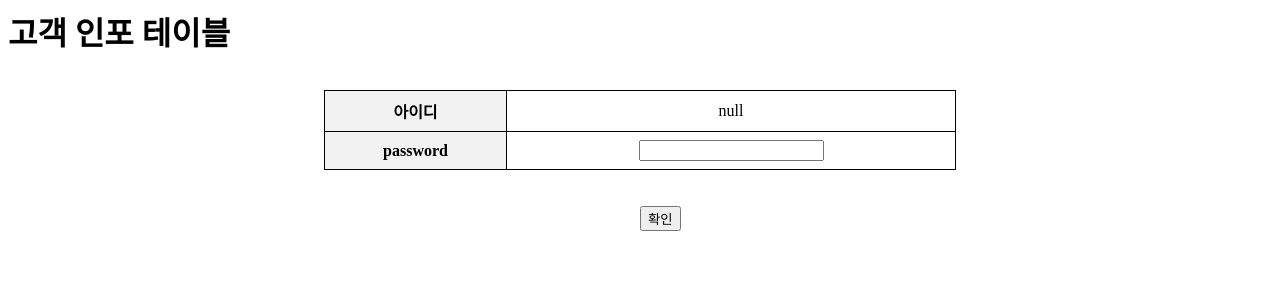
Repository: 2JISUN/hta-lecture-basic
Page: http://localhost/jsp03/info.jsp
An editor plug-in stored every save of this project. The page is shown before and after a run of saves, followed by the edit.
The browser window is 1280 px wide. The pictures show the whole page.
The page is served by Tomcat 10. Other server files are loaded and not shown. Queries for data that is not in the repository find no rows.

Above is the page before, as saved 2023-09-15 06:42:50.

### jsp-lecture/jsp03/src/main/webapp/info.jsp
<%@page import="java.sql.ResultSet"%>
<%@page import="java.sql.PreparedStatement"%>
<%@page import="java.sql.Connection"%>
<%@page import="java.sql.DriverManager"%>
<%@ page language="java" contentType="text/html; charset=UTF-8"
    pageEncoding="UTF-8"%>
<!DOCTYPE html>
<html>
<head>
    <meta charset="UTF-8">
    <title>고객 인포 테이블</title>
    <style>
        h1 {
			margin: auto;
            left:50%;
        }
        table {
            border-collapse: collapse;
            width: 50%;
            margin: auto;
        }
        th, td {
            border: 1px solid black;
            padding: 8px;
            text-align: center;
        }
        th {
            background-color: #f2f2f2;
        }
        button {
            position:absolute;
            left:50%;
        }
    </style>
</head>
<body>
<%
    String userID = request.getParameter("id");

    //1. driver 찾기
    String driver = "oracle.jdbc.OracleDriver";
    Class.forName(driver);

    //2. url
    // 자바17 = 오라클11
    String url = "jdbc:oracle:thin:@localhost:1521:xe";
    String id = "jisun";
    String pw = "1234";

    Connection conn = DriverManager.getConnection(url, id, pw);
    System.out.println("db연결 성공");

    //3. 조회 : 쿼리 작성 + 결과값 받아오기
    //3-1. 쿼리문 처리 메서드
    //3-2. 결과값 받아오기 select 를 제외하고 나머지는 정수 0
    PreparedStatement pstmt = null;
    ResultSet rs = null;
    String sql = "select * from test where id = ?";
    pstmt = conn.prepareStatement(sql);
    pstmt.setString(1, userID);
    rs = pstmt.executeQuery();
%>

	<h1>고객 인포 테이블</h1>
	<br>
	<br>
	<table>
	    <tbody>
	        <tr>
	            <th>아이디</th>
	            <td><%= userID %></td>
	        </tr>
	        <tr>
	            <th>password</th>
	            <td><input type="password" name="userPW"></td>
	        </tr>
	    </tbody>
	</table>
	<input type="hidden" name="userID" value="<%= userID %>" readonly>
	<br>
	<br>
	<button type="submit">확인</button>
	</body>
</html>

After the next 2 saves:
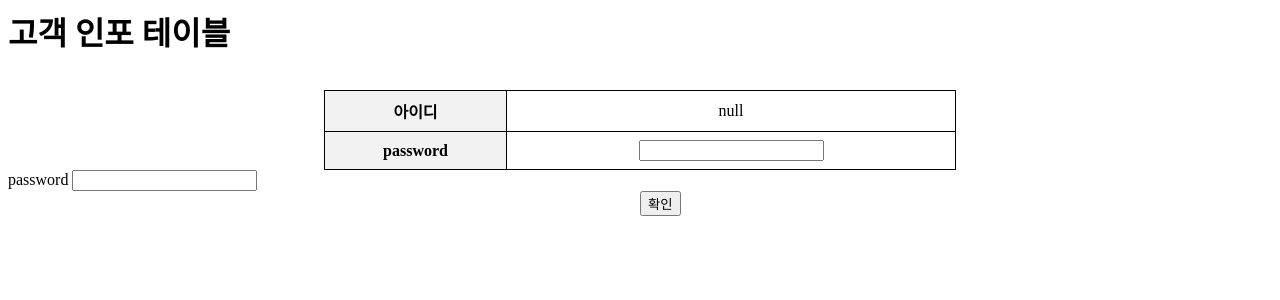
The 2 saves are shown as one change because 1 did not build or start.
The last was saved 11 min 22 s later.
--- a/jsp-lecture/jsp03/src/main/webapp/info.jsp
+++ b/jsp-lecture/jsp03/src/main/webapp/info.jsp
@@ -76,9 +76,16 @@
 	        </tr>
 	    </tbody>
 	</table>
-	<input type="hidden" name="userID" value="<%= userID %>" readonly>
-	<br>
-	<br>
-	<button type="submit">확인</button>
+	<form action="password-check.jsp" method="post">
+    <input type="hidden" name="userID" value="<%= userID %>" readonly>
+    <div>
+        <label>
+            <span>password</span>
+            <input type="password" name="userPW">
+        </label>
+    </div>
+    <button type="submit">확인</button>
+	</form>
+
 	</body>
 </html>
